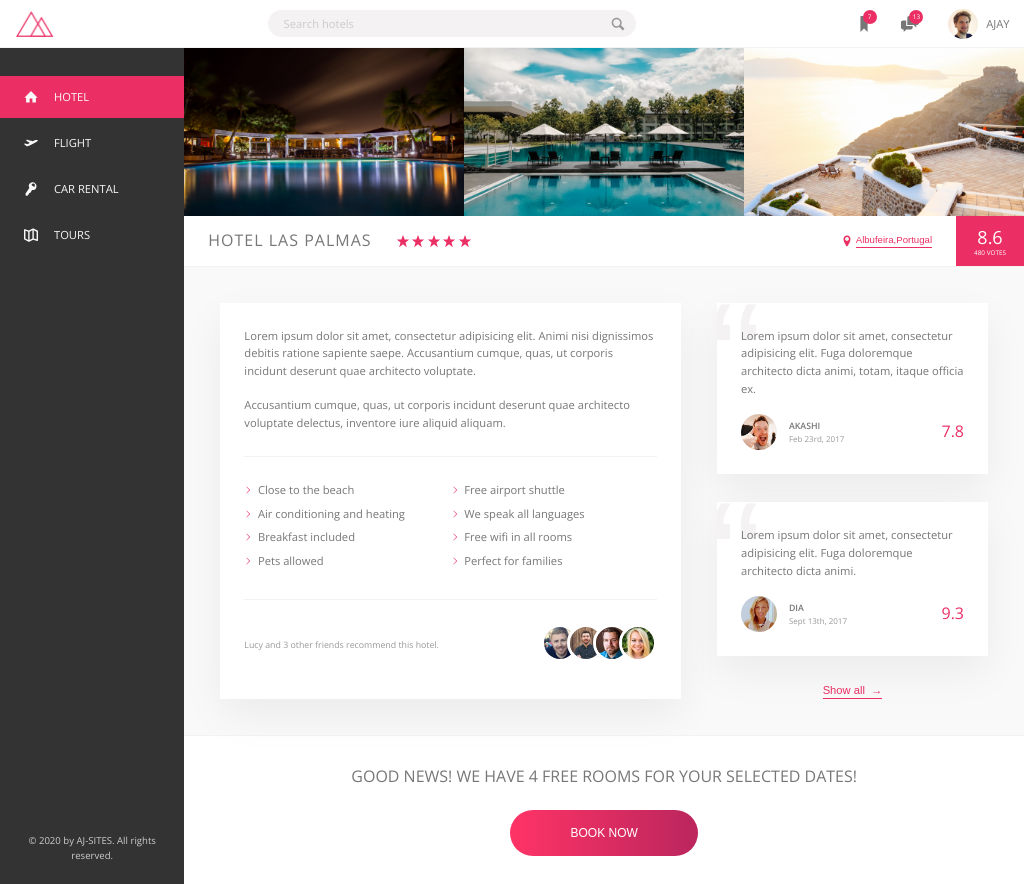
Repository: ajayaj2001/modern-Hotel
Page: /
An editor plug-in stored every save of this project. The page is shown before and after the next save, followed by the edit.
The browser window is 1024 px wide. The pictures show the whole page.
The project was rebuilt for these pictures with package versions that can differ from the ones it lists, and the page was loaded fresh each time.

Above is the page before, as saved 2020-12-14 11:36:35.

### public/index.html
<!DOCTYPE html>
<html lang="en">

<head>
  <meta charset="utf-8" />
  <link rel="icon" href="%PUBLIC_URL%/favicon.ico" />
  <meta name="viewport" content="width=device-width, initial-scale=1" />
  <meta name="theme-color" content="#000000" />
  <meta name="description" content="Web site created using create-react-app" />
  <link rel="apple-touch-icon" href="%PUBLIC_URL%/logo192.png" />
  <link rel="preconnect" href="https://fonts.gstatic.com">
  <link href="https://fonts.googleapis.com/css2?family=Open+Sans:wght@300;400;600&display=swap" rel="stylesheet">
  <!--
      manifest.json provides metadata used when your web app is installed on a
      user's mobile device or desktop. See https://developers.google.com/web/fundamentals/web-app-manifest/
    -->
  <link rel="manifest" href="%PUBLIC_URL%/manifest.json" />
  <!--
      Notice the use of %PUBLIC_URL% in the tags above.
      It will be replaced with the URL of the `public` folder during the build.
      Only files inside the `public` folder can be referenced from the HTML.

      Unlike "/favicon.ico" or "favicon.ico", "%PUBLIC_URL%/favicon.ico" will
      work correctly both with client-side routing and a non-root public URL.
      Learn how to configure a non-root public URL by running `npm run build`.
    -->
  <title>React App</title>
</head>

<body>
  <noscript>You need to enable JavaScript to run this app.</noscript>
  <div id="root"></div>
  <!--
      This HTML file is a template.
      If you open it directly in the browser, you will see an empty page.

      You can add webfonts, meta tags, or analytics to this file.
      The build step will place the bundled scripts into the <body> tag.

      To begin the development, run `npm start` or `yarn start`.
      To create a production bundle, use `npm run build` or `yarn build`.
    -->
</body>

</html>

### src/index.js
import React from 'react';
import ReactDOM from 'react-dom';
import './index.scss';
import App from '../src/app/App';

ReactDOM.render(
  <React.StrictMode>
    <App />
  </React.StrictMode>,
  document.getElementById('root')
);

### src/index.scss
* {
  margin: 0;
  padding: 0;
}
:root {
  --color-primary: #eb2f64;
  --color-primary-light: #ff3366;
  --color-primary-dark: #ba265d;

  --color-gray-light-1: #faf9f9;
  --color-gray-light-2: #f4f2f2;
  --color-gray-light-3: #f0eeee;
  --color-gray-light-4: #ccc;

  --color-gray-dark-1: #333;
  --color-gray-dark-2: #777;
  --color-gray-dark-3: #999;

  --line: 1px solid var(--color-gray-light-2);
  --shadow-light: 0 2rem 5rem rgba(0, 0, 0, 0.06);
}
*,
*::before,
*::after {
  box-sizing: inherit;
}
html {
  box-sizing: border-box;
  font-size: 62.5%; //1rem=10px 10px/16px=62.5%
  @media only screen and (max-width: 68.75em) {
    font-size: 50%;
  }
}
body {
  font-family: "Open Sans", sans-serif;
  -webkit-font-smoothing: antialiased;
  -moz-osx-font-smoothing: grayscale;
  font-family: "Open Sans", sans-serif;
  font-weight: 400;
  line-height: 1.6;
  background-image: linear-gradient(to right bottom, var(--color-primary-light), var(--color-primary-dark));
  background-size: cover;
  background-repeat: no-repeat;
  min-height: 100vh;
  color: var(--color-gray-dark-2);
}

### src/app/App.js
import React from 'react';
import Header from '../header/Header';
import Navigation from '../navigation/Navigation'
import Hotelview from '../hotel-view/Hotelview'
import './App.scss';
function App() {
  return (
    <div className="container">
      <Header />
      <div className="content">
        <Navigation />
        <Hotelview />
      </div>
    </div>
  );
}

export default App;

### src/header/Header.js
import React from 'react'
import './Header.scss';
import logo from '../img/logo.png';
import user from '../img/user.jpg';
import svg from '../img/sprite.svg'
const Header = () => {
    return (
        <div className="header">
            <img src={logo} alt="logo" className="logo" />

            <form action="#" className="search">
                <input type="text" className="search__input" placeholder="Search hotels" />
                <button className="search__button">
                    <svg className="search__icon">
                        <use xlinkHref={`${svg}#icon-magnifying-glass`}></use>
                    </svg>
                </button>
            </form>
            <nav className="user-nav">
                <div className="user-nav__icon-box">
                    <svg className="user-nav__icon">
                        <use xlinkHref={`${svg}#icon-bookmark`}></use>
                    </svg>
                    <span className="user-nav__notification">7</span>
                </div>
                <div className="user-nav__icon-box">
                    <svg className="user-nav__icon">
                        <use xlinkHref={`${svg}#icon-chat`}></use>
                    </svg>
                    <span className="user-nav__notification">13</span>
                </div>
                <div className="user-nav__user">
                    <img src={user} alt="user-profile" className="user-nav__user-photo" />
                    <span className="user-nav__user-name">AJAY</span>
                </div>
            </nav>
        </div>
    )
}

export default Header

### src/navigation/Navigation.js
import React from 'react'
import './Navigation.scss'
import svg from '../img/sprite.svg'
const Navigation = () => {
    return (
        <React.Fragment>
            <nav className="sidebar">
                <ul className="side-nav">
                    <li className="side-nav__item side-nav__item--active">
                        <a href="#home" className="side-nav__link">
                            <svg className="side-nav__icon">
                                <use xlinkHref={`${svg}#icon-home`}></use>
                            </svg>
                            <span className="side-nav__text">hotel</span>
                        </a>
                    </li>
                    <li className="side-nav__item">
                        <a href="#flight" className="side-nav__link">
                            <svg className="side-nav__icon">
                                <use xlinkHref={`${svg}#icon-aircraft-take-off`}></use>
                            </svg>
                            <span className="side-nav__text">flight</span>
                        </a>
                    </li>
                    <li className="side-nav__item">
                        <a href="#car-rental" className="side-nav__link">
                            <svg className="side-nav__icon">
                                <use xlinkHref={`${svg}#icon-key`}></use>
                            </svg>
                            <span className="side-nav__text">car rental</span>
                        </a>
                    </li>
                    <li className="side-nav__item">
                        <a href="#tours" className="side-nav__link">
                            <svg className="side-nav__icon">
                                <use xlinkHref={`${svg}#icon-map`}></use>
                            </svg>
                            <span className="side-nav__text">tours</span>
                        </a>
                    </li>
                </ul>
                <div className="legal">
                    &copy; 2020 by AJ-SITES. All rights reserved.
                </div>
            </nav>
        </React.Fragment>
    )
}

export default Navigation

### src/hotel-view/Hotelview.js
import React from 'react'
import Actionbutton from './button/Actionbutton'
import Detail from './detail/Detail'
import './Hotelview.scss'
import Overview from './overview/Overview'
const Hotelview = () => {
    return (
        <React.Fragment>
            <main className="hotelview">
                <Overview />
                <Detail />
                <Actionbutton />
            </main>
        </React.Fragment>
    )
}

export default Hotelview

### src/app/App.scss
.container {
    max-width: 110rem;
    margin: 8rem auto;
    background-color: var(--color-gray-light-2);
    box-shadow: 0 2rem 6rem rgba(black, 0.3);
    min-height: 50rem;
    @media only screen and (max-width: 75em) {
        margin: 0;
        max-width: 100%;
    }
}
.content {
    display: flex;
}

### src/header/Header.scss
.header {
    height: 6rem;
    background-color: #fff;
    border-bottom: var(--line);
    display: flex;
    justify-content: space-between;
    align-items: center;
}
.logo {
    height: 3.25rem;
    margin-left: 2rem;
}
.search {
    display: flex;
    flex: 0 0 40%;
    align-items: center;
    justify-content: center;

    &__input {
        font-family: inherit;
        font-size: 1.4rem;
        color: inherit;
        background-color: var(--color-gray-light-2);
        border: none;
        padding: 0.7rem 2rem;
        border-radius: 10rem;
        width: 90%;
        transition: all 0.3s;
        margin-right: -3.25rem;
        &:focus {
            outline: none;
            width: 100%;
            background-color: var(--color-gray-light-3);
        }
        &::-webkit-input-placeholder {
            font-weight: 100;
            color: var(--color-gray-light-4);
        }
    }
    &__input:focus + &__button {
        background-color: var(--color-gray-light-3);
    }
    &__button {
        height: 2.8rem;
        border: none;
        background-color: var(--color-gray-light-2);
        &:focus {
            outline: none;
        }
        &:active {
            transform: translateY(2px);
        }
    }
    &__icon {
        height: 3rem;
        width: 2rem;
        fill: var(--color-gray-dark-3);
    }
}

.user-nav {
    align-self: stretch;
    display: flex;
    align-items: center;
    cursor: pointer;
    & > * {
        height: 100%;
        padding: 0 1.8rem;
        display: flex;
        align-items: center;
    }
    & > *:hover {
        background-color: var(--color-gray-light-2);
    }
    &__icon-box {
        position: relative;
    }
    &__icon {
        height: 2.25rem;
        width: 2.25rem;
        fill: var(--color-gray-dark-2);
    }
    &__notification {
        font-size: 0.8rem;
        height: 1.75rem;
        width: 1.75rem;
        border-radius: 50%;
        background-color: var(--color-primary);
        color: #fff;
        position: absolute;
        top: 1.3rem;
        right: 1.3rem;
        display: flex;
        justify-content: center;
        align-items: center;
    }
    &__user-photo {
        height: 3.75rem;
        border-radius: 50%;
        margin-right: 1rem;
    }
    &__user-name {
        font-size: 1.4rem;
    }
}

### src/navigation/Navigation.scss
.sidebar {
    background-color: var(--color-gray-dark-1);
    flex: 0 0 18%;
    display: flex;
    flex-direction: column;
    justify-content: space-between;
}
.side-nav {
    font-size: 1.4rem;
    list-style: none;
    margin-top: 3.5rem;
    &__item {
        position: relative;
        &:not(:last-child) {
            margin-bottom: 0.5rem;
        }
    }
    &__item::before {
        content: "";
        position: absolute;
        top: 0;
        left: 0;
        height: 100%;
        width: 3px;
        background-color: var(--color-primary);
        transform: scaleY(0);
        transition: transform 0.2s, width 0.4s cubic-bezier(1, 0, 0, 1) 0.2s, background-color 0.1s;
    }
    &__item:hover::before,
    &__item--active::before {
        transform: scaleY(1);
        width: 100%;
    }
    &__item:active::before {
        background-color: var(--color-primary-light);
    }
    &__link:link,
    &__link:visited {
        position: relative;
        color: var(--color-gray-light-1);
        text-decoration: none;
        text-transform: uppercase;
        display: block;
        padding: 1.5rem 3rem;
        display: flex;
        align-items: center;
        z-index: 20;
    }
    &__icon {
        width: 1.75rem;
        height: 1.75rem;
        fill: currentColor;
        margin-right: 2rem;
    }
}
.legal {
    font-size: 1.2rem;
    text-align: center;
    padding: 2.5rem;
    color: var(--color-gray-light-4);
}

### src/hotel-view/button/Actionbutton.js
import React from 'react'
import './Actionbutton.scss'
const Actionbutton = () => {
    return (
        <div>
            <div className="cta">
                <h2 className="cta__book-now">
                    GOOD NEWS! WE HAVE 4 FREE ROOMS FOR YOUR SELECTED DATES!
                </h2>
                <button className="btn">
                    <span className="btn__visible">Book now</span>
                    <span className="btn__invisible"> only 4 rooms left</span>
                </button>
            </div>
        </div>
    )
}

export default Actionbutton

### src/hotel-view/Hotelview.scss
.hotelview {
    background-color: #fff;
    flex: 1;
}

### src/hotel-view/overview/Overview.js
import React from 'react'
import './Overview.scss'
import hotel1 from '../../img/hotel-1.jpg'
import hotel2 from '../../img/hotel-2.jpg'
import hotel3 from '../../img/hotel-3.jpg'
import svg from '../../img/sprite.svg'
const Overview = () => {
    return (
        <React.Fragment>
            <div className="gallery">
                <figure className="gallery__item">
                    <img src={hotel1} alt="hotel building" className="gallery__photo" />
                </figure>
                <figure className="gallery__item">
                    <img src={hotel2} alt="hotel building" className="gallery__photo" />
                </figure>
                <figure className="gallery__item">
                    <img src={hotel3} alt="hotel building" className="gallery__photo" />
                </figure>
            </div>
            <div className="overview">
                <h1 className="overview__heading">
                    HOTEL LAS PALMAS
                </h1>
                <div className="overview__stars">
                    <svg className="overview__icon-star">
                        <use xlinkHref={`${svg}#icon-star`}></use>
                    </svg>
                    <svg className="overview__icon-star">
                        <use xlinkHref={`${svg}#icon-star`}></use>
                    </svg>
                    <svg className="overview__icon-star">
                        <use xlinkHref={`${svg}#icon-star`}></use>
                    </svg>
                    <svg className="overview__icon-star">
                        <use xlinkHref={`${svg}#icon-star`}></use>
                    </svg>
                    <svg className="overview__icon-star">
                        <use xlinkHref={`${svg}#icon-star`}></use>
                    </svg>
                </div>
                <div className="overview__location">
                    <svg className="overview__icon-location">
                        <use xlinkHref={`${svg}#icon-location-pin`}></use>
                    </svg>
                    <button className="btn-inline">Albufeira,Portugal</button>
                </div>
                <div className="overview__rating">
                    <div className="overview__rating-average">8.6</div>
                    <div className="overview__rating-count">480 votes</div>
                </div>
            </div>
        </React.Fragment>
    )
}

export default Overview

### src/hotel-view/button/Actionbutton.scss
.cta {
    padding: 3.5rem 5rem;
    text-align: center;
    &__book-now {
        text-transform: uppercase;
        font-size: 2rem;
        font-weight: 300;
        margin-bottom: 2.5rem;
    }
}
.btn {
    position: relative;
    font-size: 1.5rem;
    font-weight: 300;
    text-transform: uppercase;
    border-radius: 10rem;
    cursor: pointer;
    border: none;
    overflow: hidden;
    background-image: linear-gradient(to right, var(--color-primary-light), var(--color-primary-dark));
    color: #fff;
    & > * {
        display: inline-block;
        height: 100%;
        width: 100%;
        transition: all 0.2s;
    }
    &:hover {
        background-image: linear-gradient(to left, var(--color-primary-light), var(--color-primary-dark));
    }
    &__visible {
        padding: 2rem 7.5rem;
    }
    &__invisible {
        position: absolute;
        left: 0;
        top: -100%;
        padding: 2rem 0;
    }
    &:hover &__visible {
        transform: translateY(100%);
    }
    &:hover &__invisible {
        top: 0;
    }
    &:focus {
        outline: none;
        animation: pulsate 1s infinite;
    }
}

### src/hotel-view/detail/Detail.scss
.detail {
    display: flex;
    padding: 4.5rem;
    background-color: var(--color-gray-light-1);
    border-bottom: var(--line);
    font-size: 1.4rem;
}
.description {
    flex: 0 0 60%;
    background-color: #fff;
    margin-right: 4.5rem;
    box-shadow: var(--shadow-light);
    padding: 3rem;
}
.user-review {
    flex: 1;
    display: flex;
    flex-direction: column;
    align-items: center;
}
.paragraph:not(:last-of-type) {
    margin-bottom: 2rem;
}
.list {
    margin: 3rem 0;
    list-style: none;
    padding: 3rem 0;
    border-top: var(--line);
    border-bottom: var(--line);
    display: flex;
    flex-wrap: wrap;
    &__item {
        width: 50%;
        margin-bottom: 0.7rem;
    }
    &__item::before {
        content: "";
        display: inline-block;
        height: 1rem;
        width: 1rem;
        margin-right: 0.7rem;
        // background-image: url(../../img/chevron-thin-right.svg);
        // background-size: cover;
        background-color: var(--color-primary);
        -webkit-mask-image: url(../../img/chevron-thin-right.svg);
        -webkit-mask-size: cover;
        mask-image: url(../../img/chevron-thin-right.svg);
        mask-size: cover;
    }
}
.recommend {
    font-size: 1.1rem;
    color: var(--color-gray-dark-3);
    display: flex;
    align-items: center;
    // justify-content: space-between;
    &__count {
        margin-right: auto;
    }
    &__photo {
        box-sizing: content-box;
        height: 4rem;
        width: 4rem;
        border-radius: 50%;
        border: 3px solid #fff;
        &:not(:last-child) {
            margin-right: -1.5rem;
        }
    }
}

### src/hotel-view/detail/review/Review.js
import React from 'react'
import './Review.scss'
const Review = (props) => {
    return (
        <React.Fragment>
            <figure className="review" >
                <blockquote className="review__text">
                    {props.text}
                </blockquote>
                <figcaption className="review__user">
                    <img src={props.image} alt="reviewer" className="review__photo" />
                    <div className="review__user-box">
                        <p className="review__user-name">{props.name}</p>
                        <p className="review__user-date">{props.date}</p>
                    </div>
                    <div className="review__rating">{props.rating}</div>
                </figcaption>
            </figure>
        </React.Fragment>
    )
}

export default Review

### src/hotel-view/overview/Overview.scss
.gallery {
    display: flex;
    &__photo {
        width: 100%;
        display: block;
    }
}

.overview {
    background-color: white;
    display: flex;
    align-items: center;
    border-bottom: var(--line);
    &__heading {
        font-size: 2rem;
        font-weight: 300;
        text-transform: uppercase;
        letter-spacing: 1px;
        padding: 1.5rem 3rem;
    }
    &__stars {
        margin-right: auto;
        display: flex;
    }
    &__icon-star,
    &__icon-location {
        width: 1.75rem;
        height: 1.75rem;
        fill: var(--color-primary);
        margin-right: 0.2rem;
    }
    &__location {
        font-size: 1.2rem;
        display: flex;
        align-items: center;
    }
    &__rating {
        align-self: stretch;
        align-items: center;
        background-color: var(--color-primary);
        padding: 0 2.25rem;
        color: #fff;

        display: flex;
        flex-direction: column;
        align-items: center;
        justify-content: center;
        margin-left: 3rem;
        &-average {
            font-size: 2.25rem;
            font-weight: 300;
            margin-bottom: -3px;
        }
        &-count {
            font-size: 0.8rem;
            text-transform: uppercase;
        }
    }
}

.btn-inline {
    border: none;
    color: var(--color-primary);
    font-size: inherit;
    border-bottom: 1px solid currentColor;
    padding-bottom: 2px;
    display: inline-block;
    background-color: transparent;
    cursor: pointer;
    transition: all 0.2s;
    &:hover {
        color: var(--color-gray-dark-1);
        span {
            margin-left: 0.8rem;
            transition: margin-left 0.2s;
        }
    }

    &:focus {
        outline: none;
        animation: pulsate 1s infinite;
    }
    & span {
        margin-left: 3px;
    }
}

@keyframes pulsate {
    0% {
        transform: scale(1);
        box-shadow: none;
    }
    50% {
        transform: scale(1.03);
        box-shadow: 0 1rem 1rem rgba(0, 0, 0, 0.25);
    }
    100% {
        transform: scale(1);
        box-shadow: none;
    }
}

### src/hotel-view/detail/review/Review.scss
.review {
    background-color: #fff;
    box-shadow: var(--shadow-light);
    padding: 3rem;
    margin-bottom: 3.5rem;
    position: relative;
    overflow: hidden;
    &__text {
        margin-bottom: 2rem;
        z-index: 10;
        position: relative;
    }
    &__user {
        display: flex;
        align-items: center;
    }
    &__user-box {
        padding: 0 1.5rem;
    }
    &__user-name {
        font-size: 1.1rem;
        font-weight: 600;
        text-transform: uppercase;
    }
    &__user-date {
        font-size: 1rem;
        color: var(--color-gray-dark-3);
    }
    &__photo {
        height: 4.5rem;
        width: 4.5rem;
        border-radius: 50%;
    }
    &__rating {
        margin-left: auto;
        font-size: 2rem;
        color: var(--color-primary);
        font-weight: 300;
    }
    &::before {
        content: "\201C";
        position: absolute;
        top: -3rem;
        left: -1rem;
        font-size: 20rem;
        color: var(--color-gray-light-2);
        font-family: sans-serif;
        line-height: 1;
        z-index: 1;
    }
}

Loaded but not shown: src/hotel-view/detail/Detail.js (69 lines, source omitted)

After the next save:
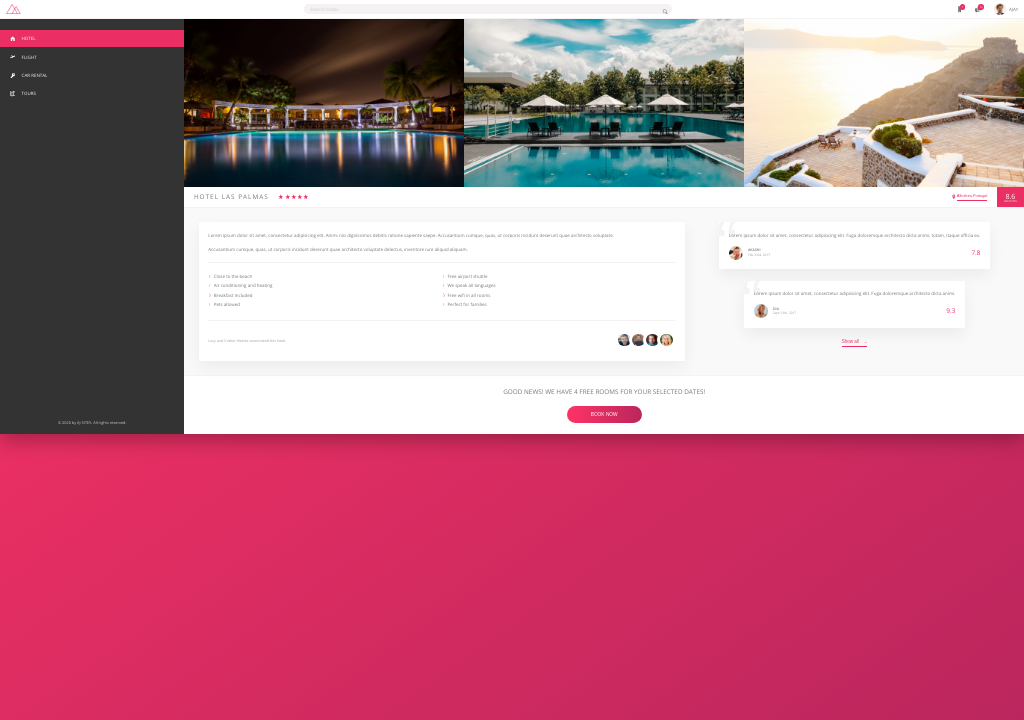
Saved 82 s later.
--- a/src/index.scss
+++ b/src/index.scss
@@ -28,7 +28,7 @@
   box-sizing: border-box;
   font-size: 62.5%; //1rem=10px 10px/16px=62.5%
   @media only screen and (max-width: 68.75em) {
-    font-size: 50%;
+    font-size: 20%;
   }
 }
 body {

After the save that followed:
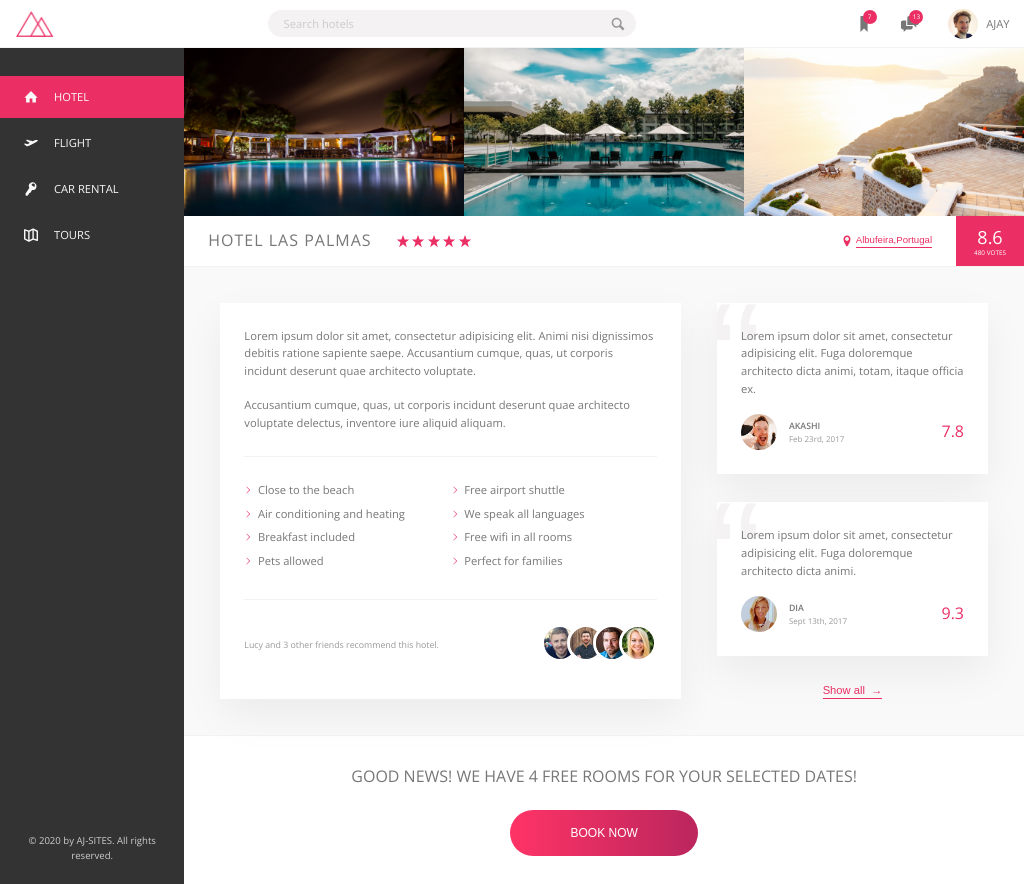
Saved 10 s later.
--- a/src/index.scss
+++ b/src/index.scss
@@ -28,7 +28,7 @@
   box-sizing: border-box;
   font-size: 62.5%; //1rem=10px 10px/16px=62.5%
   @media only screen and (max-width: 68.75em) {
-    font-size: 20%;
+    font-size: 50%;
   }
 }
 body {
